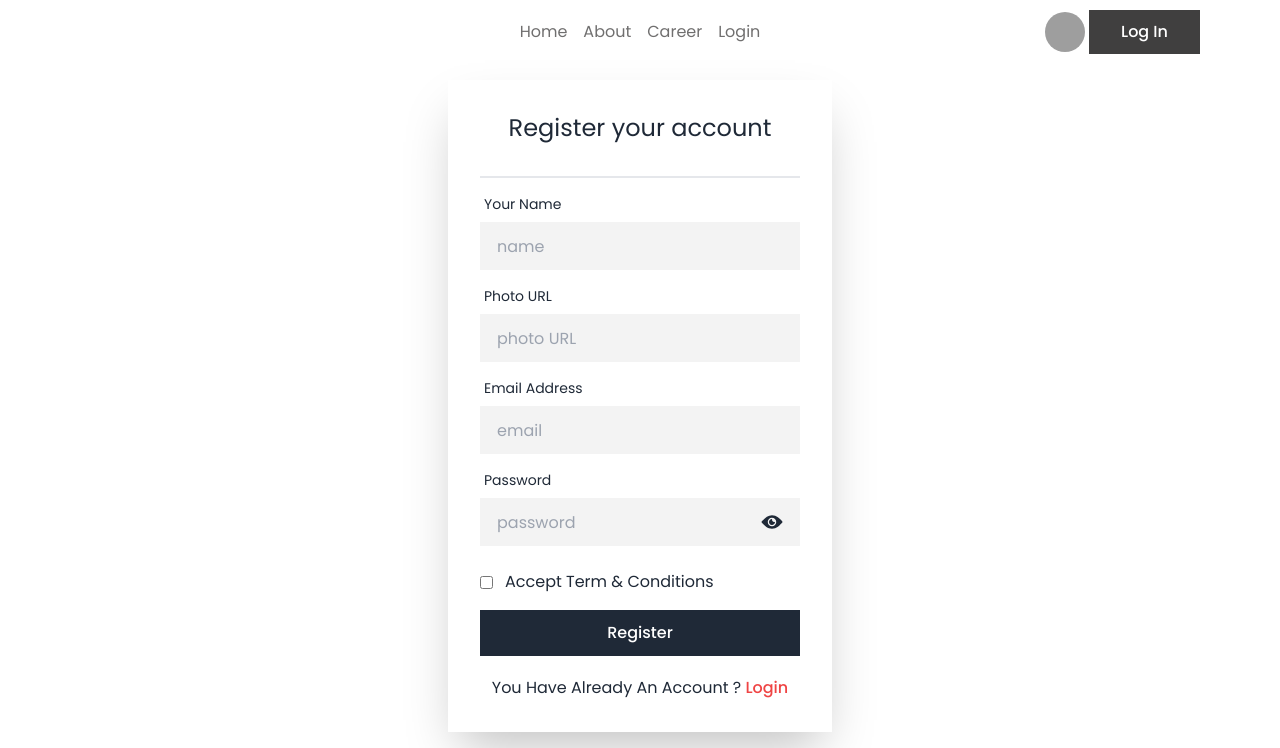
Repository: ShouravAhammed/react-dragon-news-auth
Page: /register
The author's editor kept a copy of each file at every save. The page is drawn from the files as they stood at one save, then again after the next save.
The browser window is 1280 px wide. The pictures show the whole page.
Pictures or frames that could not be fetched are drawn as grey boxes. The page's requests for data from a server got no answer. The project was rebuilt for these pictures with package versions that can differ from the ones it lists, and the page was loaded fresh each time. No one was signed in, and anything a server would have sent is missing. Also part of the build but not shown: vite.config.js, src/pages/BreakingNews/BreakingNews.jsx, src/pages/Register/News.jsx, src/pages/Shared/Header/Header.jsx, src/pages/Shared/LeftSideNav/LeftSideNav.jsx, src/Components/btnLogin/BtnLogin.jsx, src/pages/Shared/RIghtSideNav/RightSideNav.jsx, src/pages/Home/Home.jsx and 5 more.

Above is the page before, as saved 2024-04-15 02:26:05.

After the next save:
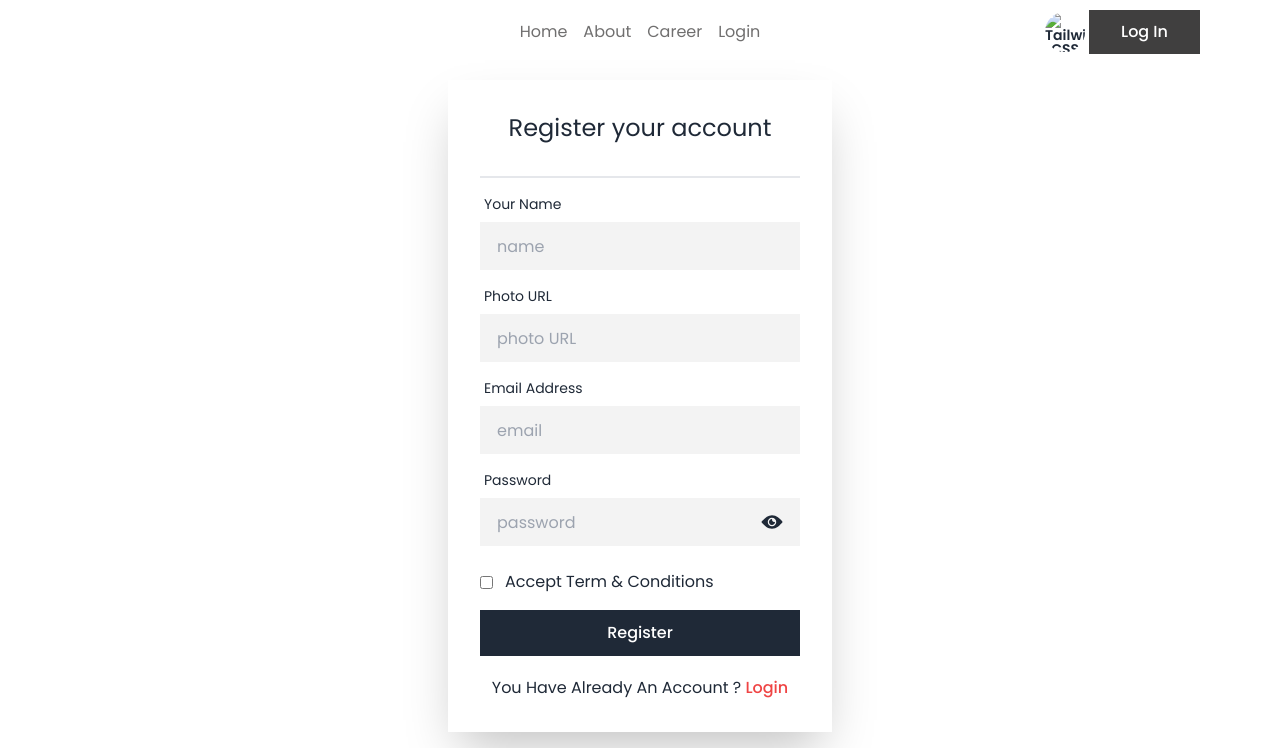
Saved 3 min 33 s later.
--- a/src/pages/Shared/Navbar/Navbar.jsx
+++ b/src/pages/Shared/Navbar/Navbar.jsx
@@ -4,7 +4,7 @@
 import { AuthContext } from "../../../provider/AuthProvider";
 
 const Navbar = () => {
-    const {user, logOut} = useContext(AuthContext)
+    const {user, logOut, userDetails} = useContext(AuthContext)
 
     const navLinks =
     <>
@@ -40,7 +40,7 @@
   <div className="navbar-end">
   <div tabIndex={0} role="button" className="btn btn-ghost btn-circle avatar">
         <div className="w-10 rounded-full">
-          <img alt="Tailwind CSS Navbar component" src={DefaultUser} />
+          <img alt="Tailwind CSS Navbar component" src={userDetails?.photoURL} />
         </div>
       </div>
 

After the save that followed:
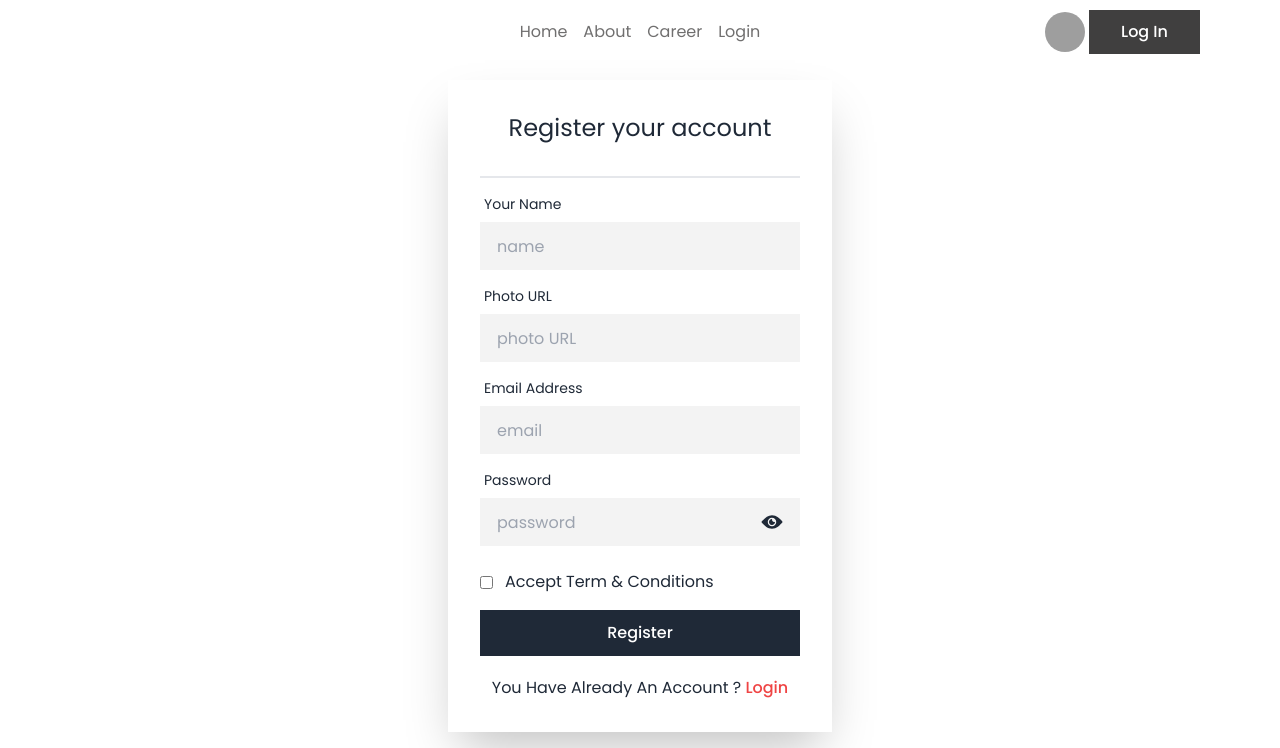
Saved 64 s later.
--- a/src/pages/Shared/Navbar/Navbar.jsx
+++ b/src/pages/Shared/Navbar/Navbar.jsx
@@ -40,7 +40,7 @@
   <div className="navbar-end">
   <div tabIndex={0} role="button" className="btn btn-ghost btn-circle avatar">
         <div className="w-10 rounded-full">
-          <img alt="Tailwind CSS Navbar component" src={userDetails?.photoURL} />
+          <img alt="Tailwind CSS Navbar component" src={userDetails?.photoURL ? userDetails.photoURL : DefaultUser} />
         </div>
       </div>
 
